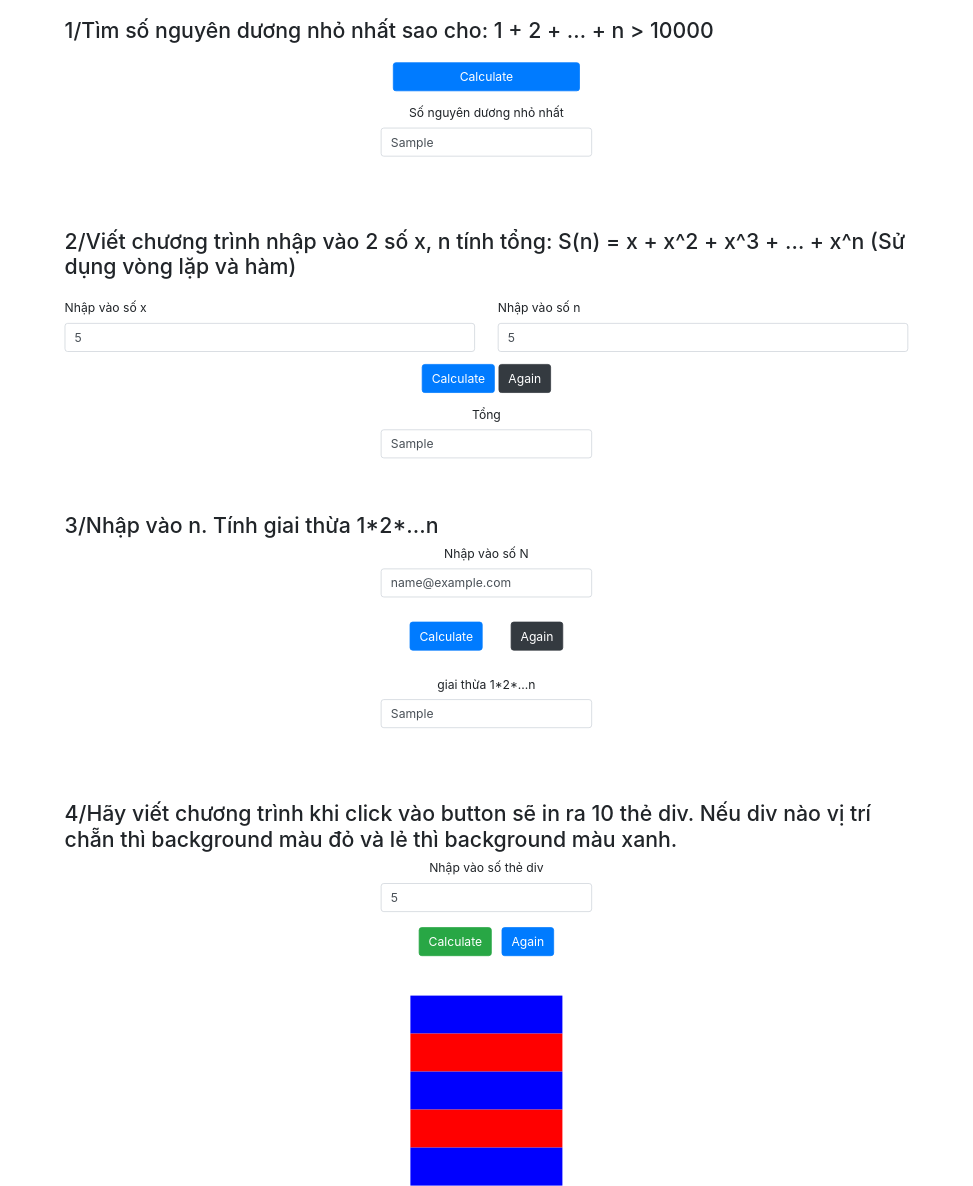
Repository: baobaodeveloper/bootcamp21__loop__HuynhAnhBao
Page: index.html
The author's editor kept a copy of each file at every save. The page is drawn from the files as they stood at one save, then again after the next save.
The browser window is 1280 px wide. The pictures show the whole page, at 76% of full size.
Empty fields were first filled with sample values (such as "Sample", 5 or name@example.com).
After loading, the first visible `#creat-div` was clicked once.

Above is the page before, as saved 2022-03-17 19:38:17.

After the next save:
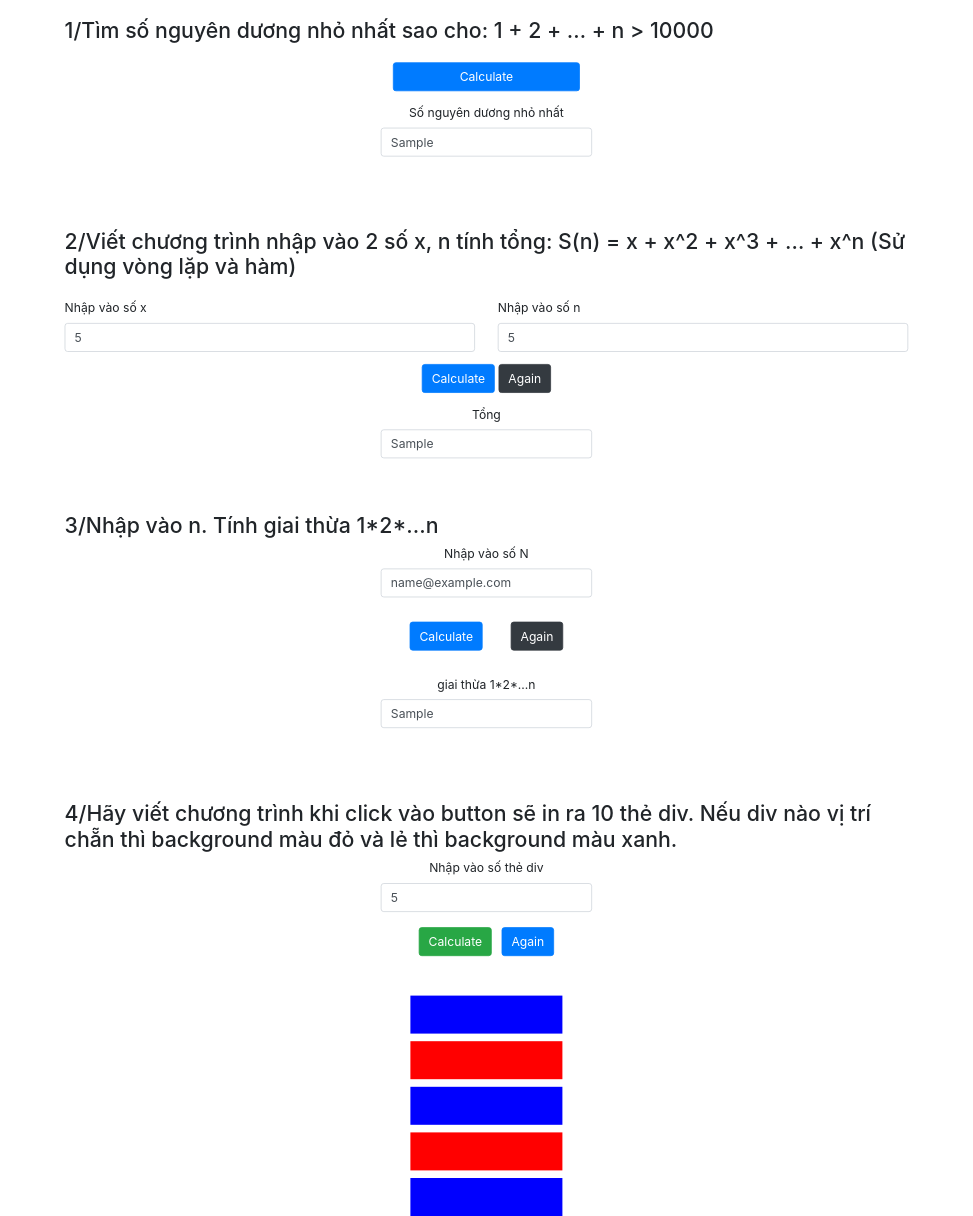
Saved 13 s later.
--- a/exercise4.js
+++ b/exercise4.js
@@ -5,7 +5,7 @@ document.getElementById("creat-div").addEventListener("click", () => {
   if (!numDiv.value) return;
 
   const numDivValue = +numDiv.value;
-  const redDiv = `<div style="height: 50px; width: 200px; background-color: red"></div>`;
+  const redDiv = `<div style="height: 50px; width: 200px; background-color: red ; margin: 10px 0"></div>`;
   const blueDiv = `<div style="height: 50px; width: 200px; background-color: blue;"></div>`;
 
   for (let i = 1; i <= numDivValue; i++) {
